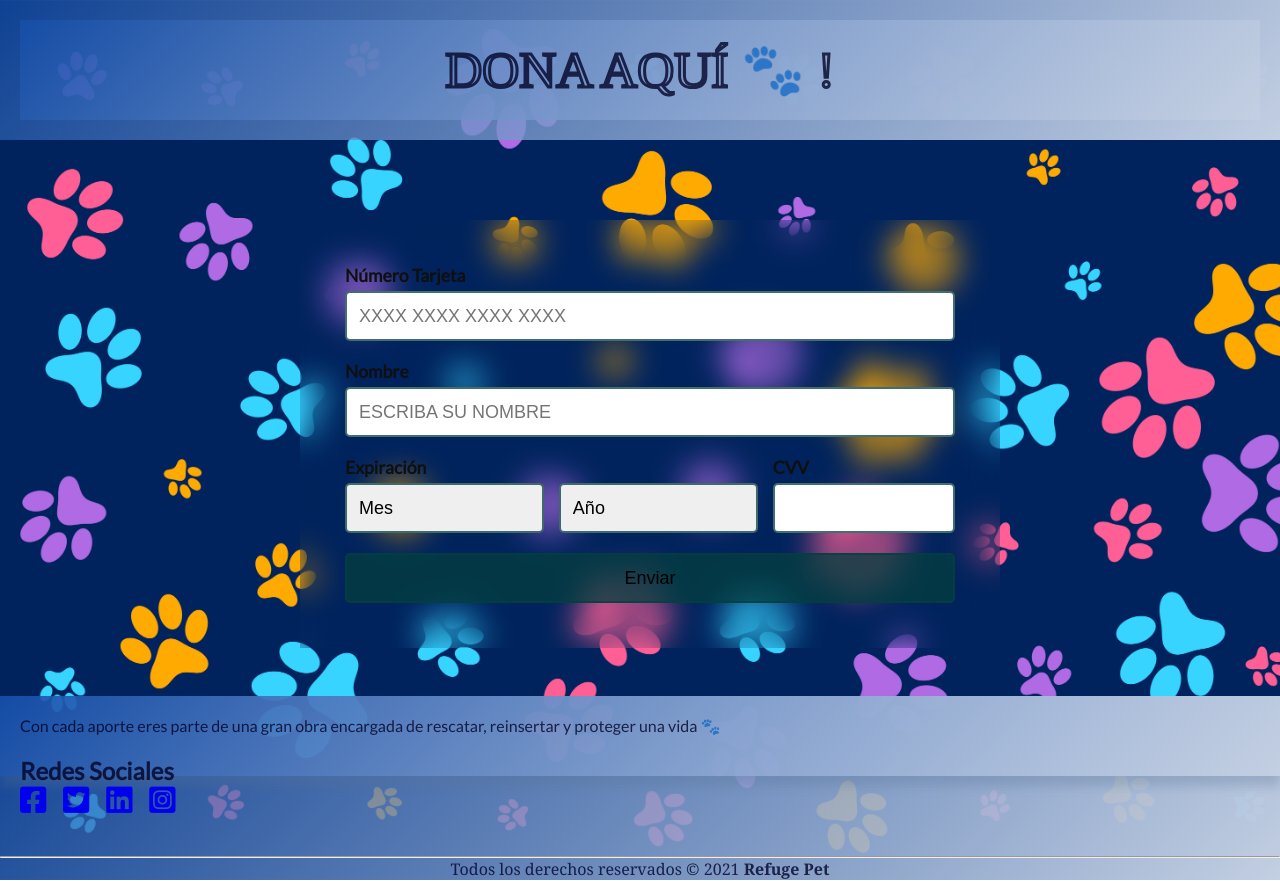
Repository: andreasvidal/SCL019-card-validation
Page: src/views/cardvalidation.html
These files come from the project's save history. The page is drawn as it stood at one moment and after the next save; the edit follows.
The browser window is 1280 px wide. The pictures show the whole page.
Some web fonts or font styles are not loaded; a fallback is used. Some web libraries are served in a nearby version.

Above is the page before, as saved 2022-04-13 10:22:27.

### src/views/cardvalidation.html
<!DOCTYPE html>
<html lang="en">

<head>
    <meta charset="UTF-8" />
    <meta http-equiv="X-UA-Compatible" content="IE=edge" />
    <meta name="viewport" content="width=device-width, initial-scale=1.0" />
    <link rel="preconnect" href="https://fonts.googleapis.com" />
    <link rel="preconnect" href="https://fonts.gstatic.com" crossorigin />
    <link href="https://fonts.googleapis.com/css2?family=Lato:ital,wght@0,400;1,700&display=swap" rel="stylesheet" />
    <link rel="preconnect" href="https://fonts.googleapis.com" />
    <link rel="preconnect" href="https://fonts.gstatic.com" crossorigin />
    <link href="https://fonts.googleapis.com/css2?family=Hurricane&family=Lato:ital,wght@1,700&display=swap" rel="stylesheet" />
    <link rel="stylesheet" href="https://use.fontawesome.com/releases/v5.8.1/css/all.css" integrity="sha384-50oBUHEmvpQ+1lW4y57PTFmhCaXp0ML5d60M1M7uH2+nqUivzIebhndOJK28anvf" crossorigin="anonymous" />
    <link rel="stylesheet" href="../css/formstyle.css" />
    <link rel="stylesheet" href="../css/style.css" />
    <title>Formulario</title>
</head>

<!--contenido principal formulario-->

<body>
    <div class="subtitle">
        <p class="subtitle">DONA AQUÍ 🐾 !</p>
    </div>
    <form id="formValidation" class="form-validation">
        <div class="bg-blur">
            <div class="data-card" id="dataForm">
                <label for="inputNumber">Número Tarjeta</label>
                <input type="text" id="inputNumber" name="number" maxlength="16" autocomplete="off" pattern="[0-9]+" placeholder="XXXX XXXX XXXX XXXX" required />
                <h5 id="print"></h5>
            </div>
            <div class="data-card">
                <label for="inputNameUser">Nombre </label>
                <input type="text" id="inputNameUser" name="nameUser" placeholder="Escriba su nombre" required />
                <h5 id="print"></h5>
            </div>
            <!--datos expiración tarjeta-->
            <div class="flexbox">
                <div class="data-card expider-date">
                    <label for="monthSelect">Expiración</label>
                    <div class="flexbox">
                        <div class="data-card-select">
                            <select name="monthSelect" id="monthSelect" required>
                <option disabled selected>Mes</option>
                <option value="1">1</option>
                <option value="2">2</option>
                <option value="3">3</option>
                <option value="4">4</option>
                <option value="5">5</option>
                <option value="6">6</option>
                <option value="7">7</option>
                <option value="8">8</option>
                <option value="9">9</option>
                <option value="10">10</option>
                <option value="11">11</option>
                <option value="12">12</option>
              </select>
                        </div>
                        <div class="data-card-select">
                            <select name="yearSelect" id="yearSelect" required>
                <option disabled selected>Año</option>
                <option value="2">2014</option>
                <option value="5">2015</option>
                <option value="6">2016</option>
                <option value="7">2017</option>
                <option value="8">2018</option>
                <option value="9">2019</option>
                <option value="10">2020</option>
                <option value="11">2021</option>
                <option value="12">2022</option>
              </select>
                        </div>
                    </div>
                </div>
                <div class="data-card ccv">
                    <label for="inputCcv">CVV</label>
                    <input type="text" id="inputCcv" name="inputCcv" maxlength="3" required />
                </div>
            </div>
            <button type="submit" value="sendForm" class="btn-send" id="sendForm">
        Enviar
      </button>
        </div>
    </form>
    <footer>
        <div class="container__footer">
            <div class="box__footer">
                <div class="terms">
                    <p>
                        Con cada aporte eres parte de una gran obra encargada de rescatar, reinsertar y proteger una vida 🐾
                    </p>
                </div>
            </div>
            <div class="box__footer">
                <h2>Redes Sociales</h2>
                <a href="#"> <i class="fab fa-facebook-square"></i></a>
                <a href="#"><i class="fab fa-twitter-square"></i></a>
                <a href="#"><i class="fab fa-linkedin"></i></a>
                <a href="#"><i class="fab fa-instagram-square"></i></a>
            </div>
        </div>
        <div class="box__copyright">
            <hr />
            <p class="footer-txt">Todos los derechos reservados © 2021 <b>Refuge Pet</b></p>
        </div>
    </footer>
    <!-- jQuery-->
    <script src="https://ajax.googleapis.com/ajax/libs/jquery/3.6.0/jquery.min.js"></script>
    <!--materialize -->
    <!--JS-->
    <script src="../js/index.js" type="module"></script>
</body>

</html>

### src/css/formstyle.css
* {
    padding: 0;
    margin: 0;
    box-sizing: border-box;
}

body {
    font-family: 'Lato', 'sans-serif';
    background-image: url(../assets/img/fondopatas.jpg);
    background-size: cover;
    background-repeat: no-repeat;
}


/*estilos formulario validacion*/

.form-validation {
    color: beige;
    width: 100%;
    max-width: 700px;
    margin-left: 300px;
    border-radius: 10px;
    position: relative;
    top: 80px;
    z-index: 1;
}

.bg-blur {
    backdrop-filter: blur(1rem);
    width: 100%;
    padding: 45px;
}

.form-validation label {
    display: block;
    color: rgb(15, 15, 15);
    margin-bottom: 5px;
    font-size: 1.1rem;
    font-weight: 700;
}

.form-validation input,
.form-validation select,
.btn-send {
    border: 2px solid rgba(4, 63, 63, 0.753);
    font-size: 18px;
    height: 50px;
    width: 100%;
    padding: 5px 12px;
    border-radius: 5px;
}

.form-validation input:hover,
.form-validation select:hover {
    border: 2px solid rgb(23, 24, 24);
}

.form-validation input:focus,
.form-validation select:focus {
    outline: rgb(173, 182, 182);
    box-shadow: 0 8px 8px 0 rgba(32, 38, 46, 0.3);
}

.form-validation input {
    margin-bottom: 20px;
    text-transform: uppercase;
}

.form-validation .flexbox {
    display: flex;
    justify-content: space-between;
}

.form-validation .expider-date {
    width: 100%;
}

.form-validation .ccv {
    min-width: 10px;
}

.form-validation .data-card-select {
    width: 100%;
    margin-right: 15px;
    position: relative;
}

.form-validation select {
    -webkit-appearance: none;
}


/*backgrond btn enviar*/

.btn-send {
    background: rgba(4, 63, 63, 0.753);
    ;
}

.btn-send:hover {
    background-color: rgba(94, 126, 136, 0.651);
    cursor: pointer;
}

#print {
    color: rgb(38, 41, 41);
    font-size: 16px;
}


/*footer*/

.terms {
    height: 30px;
    margin-bottom: 50px;
}

footer,
.container__footer {
    width: 100%;
    margin-top: 10%;
    background-size: cover;
    background-image: linear-gradient(135deg, #1650adad 0%, #c3cfe2 100%);
    box-shadow: 0 10px 10px 0 rgba(90, 116, 148, 0.3);
    color: rgba(2, 3, 39, 0.8);
}

.box__footer {
    padding: 20px;
    height: 10px;
}

.fab {
    padding-right: 40px;
    width: 20px;
    height: 20px;
    font-size: 30px;
}

.box__copyright {
    padding-top: 5rem;
    text-align: center;
    font-family: Georgia, 'Times New Roman', Times, serif;
    font-size: 1rem;
}

### src/css/style.css
     * {
         padding: 0;
         margin: 0;
         box-sizing: border-box;
     }

     body {
         font-family: 'Lato', 'sans-serif';
         background-image: url(../assets/img/fondopatas.jpg);
     }
     /*estilo titulo*/

     .title-h1 {
         font-family: 'Raleway', sans-serif;
         text-decoration: underline overline wavy rgba(183, 0, 255, 0.514);
         padding: 40px 100px;
         color: rgb(74, 80, 80);
         display: flex;
         flex-direction: column;
         align-items: center;
         box-shadow: 0 10px 10px 0 rgba(90, 116, 148, 0.3);
         background-image: linear-gradient(135deg, #f5f7fa 0%, #c3cfe2 100%);
         font-size: 8vw;
     }

     .subtitle {
         font-family: 'Shadows Into Light', cursive;
         text-align: center;
         padding: 20px 20px;
         color: rgb(74, 80, 80);
         font-size: 4vw;
         -webkit-text-fill-color: transparent;
         -webkit-text-stroke: 3px rgba(2, 3, 39, 0.8);
         background-image: linear-gradient(135deg, #1650adad 0%, #c3cfe2 100%);
     }

     .img-banner {
         display: flex;
         height: 500px;
         z-index: -1;
         flex-direction: row;
         margin-left: 50px;
         align-items: center;
         margin-bottom: -50px;
         border-radius: 15px;
     }
     /*contenedor tarjeta*/

     .container {
         width: 90%;
         max-width: 1000px;
         padding: 20px 60px;
         margin: auto;
         display: flex;
         /* deja los elementos en forma de columna*/
         flex-direction: column;
         /*align-items no sirve para centrar de forma vertical (se utiliza justify), se utiliza al cambiar la dirección con flex-direction*/
         align-items: center;
     }
     /*estilo tarjeta*/

     .card {
         padding-top: 30px;
         width: 100%;
         max-width: 550px;
         position: relative;
         color: rgb(37, 36, 36);
         cursor: pointer;
     }

     .card>div {
         padding: 30px;
         border-radius: 15px;
         min-height: 315px;
         display: flex;
         flex-direction: column;
         justify-content: space-between;
         box-shadow: 0 10px 10px 0 rgba(90, 116, 148, 0.822);
     }

     .style-card {
         width: 100%;
         background: url(../assets/img/background-card/bg-img-2.jpg);
         background-size: cover;
     }
     /*para mantener el espeacio de la imagen logo (contenedor vacio)*/

     .style-card .logo-card {
         text-align: right;
         min-height: 50px;
     }

     .style-card .logo-card img {
         width: 100%;
         height: 100%;
         object-fit: cover;
         max-width: 80px;
     }

     .style-card .chip-card {
         width: 100%;
         max-width: 50px;
         margin-bottom: 20px;
     }

     .style-card .form-group .card-label {
         font-size: 16px;
         color: rgb(115, 131, 131);
         margin-bottom: 5px;
     }

     .style-card .card-group .number-card,
     .style-card .card-group .name-card,
     .style-card .card-group .expider {
         /*color: rgb(74, 80, 80);*/
         font-size: 22px;
         text-transform: uppercase;
     }

     .style-card .flexbox {
         display: flex;
         justify-content: space-between;
         margin-top: 20px;
     }
     /*btn abrir formulario*/

     .btn-open {
         color: rgb(195, 214, 214);
         box-shadow: 0 10px 10px 0 rgba(90, 116, 148, 0.3);
         background: rgba(183, 0, 255, 0.514);
         width: 50px;
         height: 50px;
         margin-top: -10px;
         border-radius: 100%;
         z-index: 2;
     }

     .btn-open:hover {
         opacity: 0.50;
         -moz-opacity: .50;
         filter: alpha (opacity=50);
     }

     .btn-open {
         text-decoration: none;
         padding-top: 15px;
         text-align: center;
     }

### src/js/index.js
/*import validator from '../js/validator.js';

//Llamando al DOM

const btnForm = document.getElementById("sendForm");
const form = document.getElementById("#formValidation");
btnForm.addEventListener('click', function(e) {
    e.preventDefault();
    let creditCardNumber = document.getElementById('inputNumber').value;
    let maskified = validator.maskify(creditCardNumber);
    if (creditCardNumber === "") {
        return document.getElementById("print").innerHTML = "Reingrese su número de tarjeta sin espacios ni carácteres especiales";
    } else {
        return document.getElementById("print").innerHTML = "Tu tarjeta N° " + maskified + " es válida";
    }
})


// inputName solo letras, inputCcv y inputNumber  solo numeros
let inputNumber = document.getElementById('inputNumber');
let inputName = document.getElementById('inputNameUser');
let inputCcv = document.getElementById('inputCcv');

const onlyNum = /[^0-9]/g;
const onlypLet = /[^a-zA-ZÑñáéíóúÁÉÍÓÚ\s]*$/g;
inputNumber.addEventListener('input', function() {
    inputNumber.value = inputNumber.value.replace(onlyNum, '');
});
inputName.addEventListener('input', function() {
    inputName.value = inputName.value.replace(onlypLet, '');
});
inputCcv.addEventListener('input', function() {
    inputCcv.value = inputCcv.value.replace(onlyNum, '');
});

// mes y años
for (let i = 1; i <= 12; i++) {
    let optionDate = document.createElement('option');
    optionDate.value = i;
    optionDate.innerText = i;
    form.monthSelect.appendChild(optionDate);
}

// * Select del año generado dinamicamente.
const yearActual = new Date().getFullYear();
for (let i = yearActual; i <= yearActual + 8; i++) {
    let optionDate = document.createElement('option');
    optionDate.value = i;
    optionDate.innerText = i;
    optionDate.selectYear.appendChild(optionDate);
}*/

After the next save:
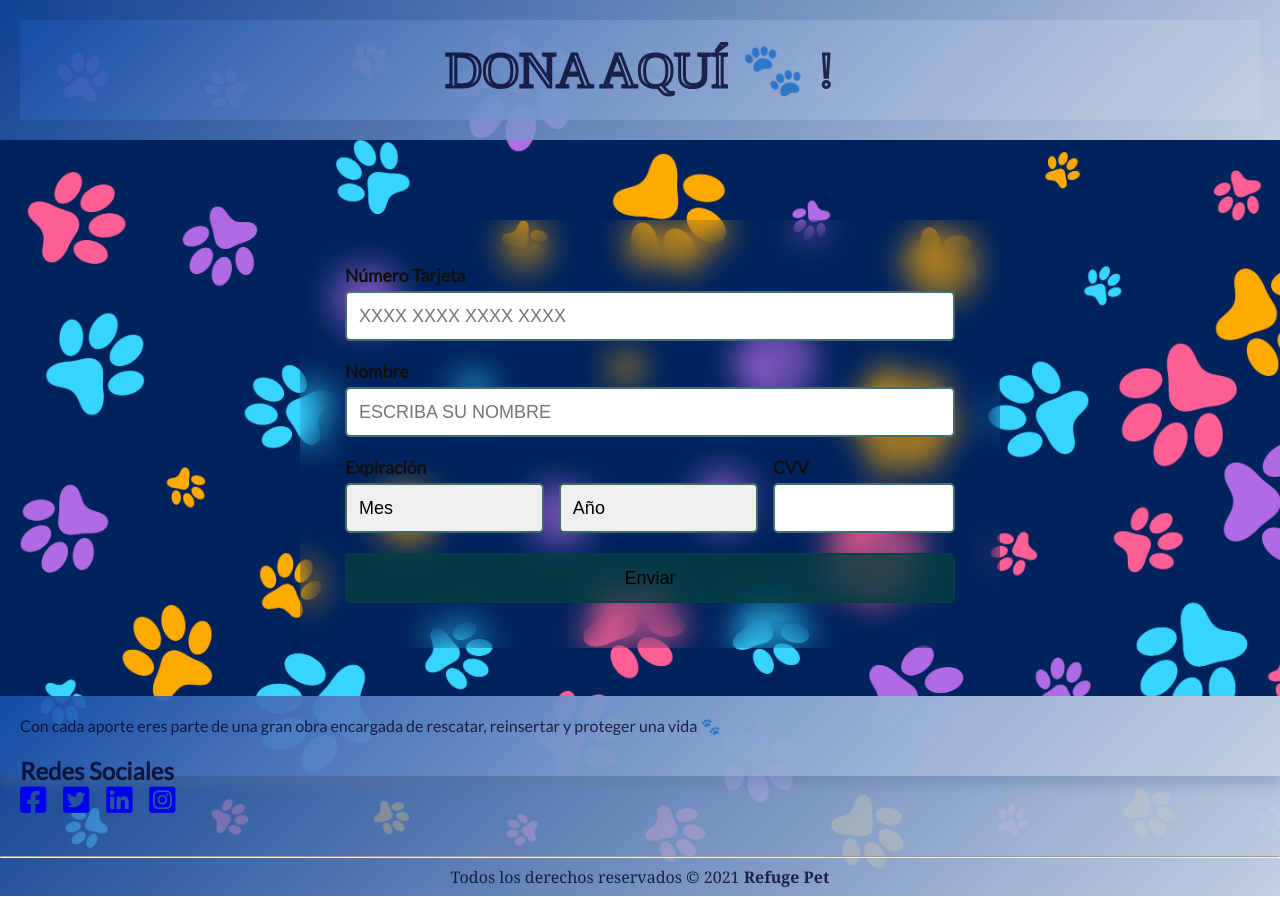
Saved 27 s later.
--- a/src/css/formstyle.css
+++ b/src/css/formstyle.css
@@ -143,3 +143,7 @@ footer,
     font-family: Georgia, 'Times New Roman', Times, serif;
     font-size: 1rem;
 }
+
+.footer-txt {
+    padding: 0.5rem;
+}
